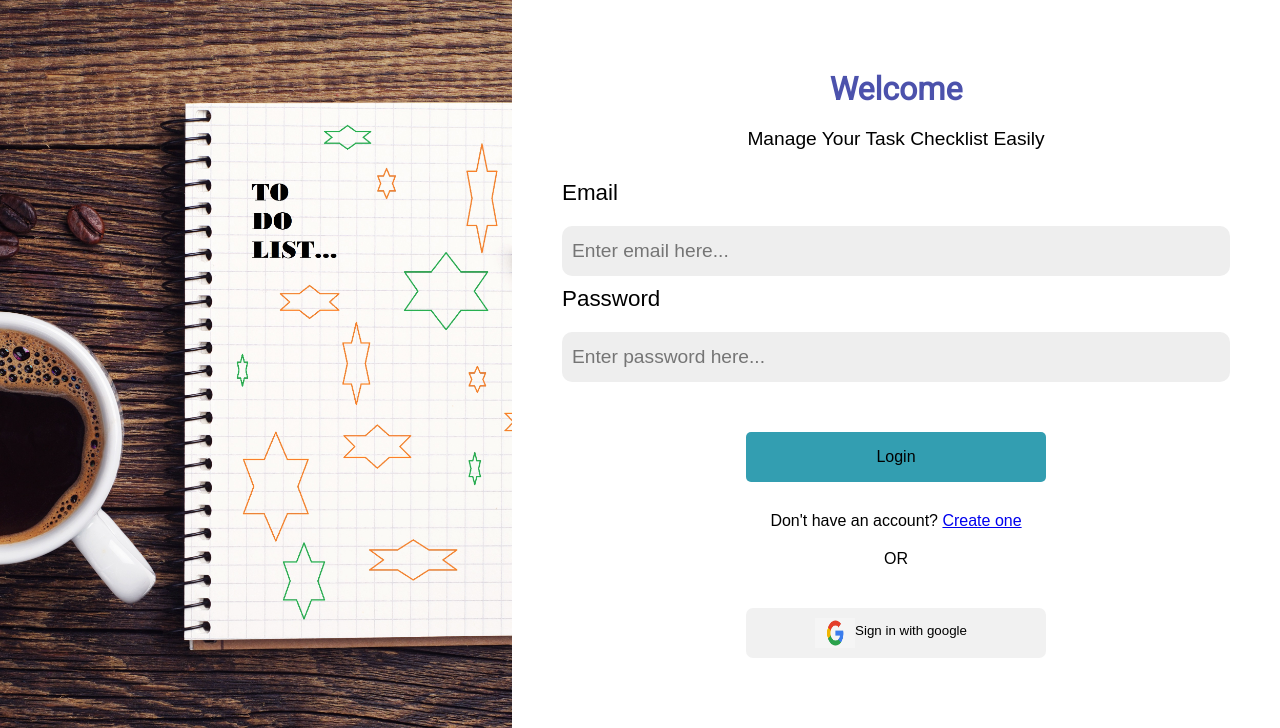
Repository: tebo27cMd/todo_App
Page: /
The author's editor kept a copy of each file at every save. The page is drawn from the files as they stood at one save, then again after the next save.
The browser window is 1280 px wide. The pictures show the whole page.
The project was rebuilt for these pictures with package versions that can differ from the ones it lists, and the page was loaded fresh each time. Also part of the build but not shown: src/Pages/SignInPage.jsx, src/Pages/HomePage.jsx.

Above is the page before, as saved 2022-08-23 09:33:38.

After the next save:
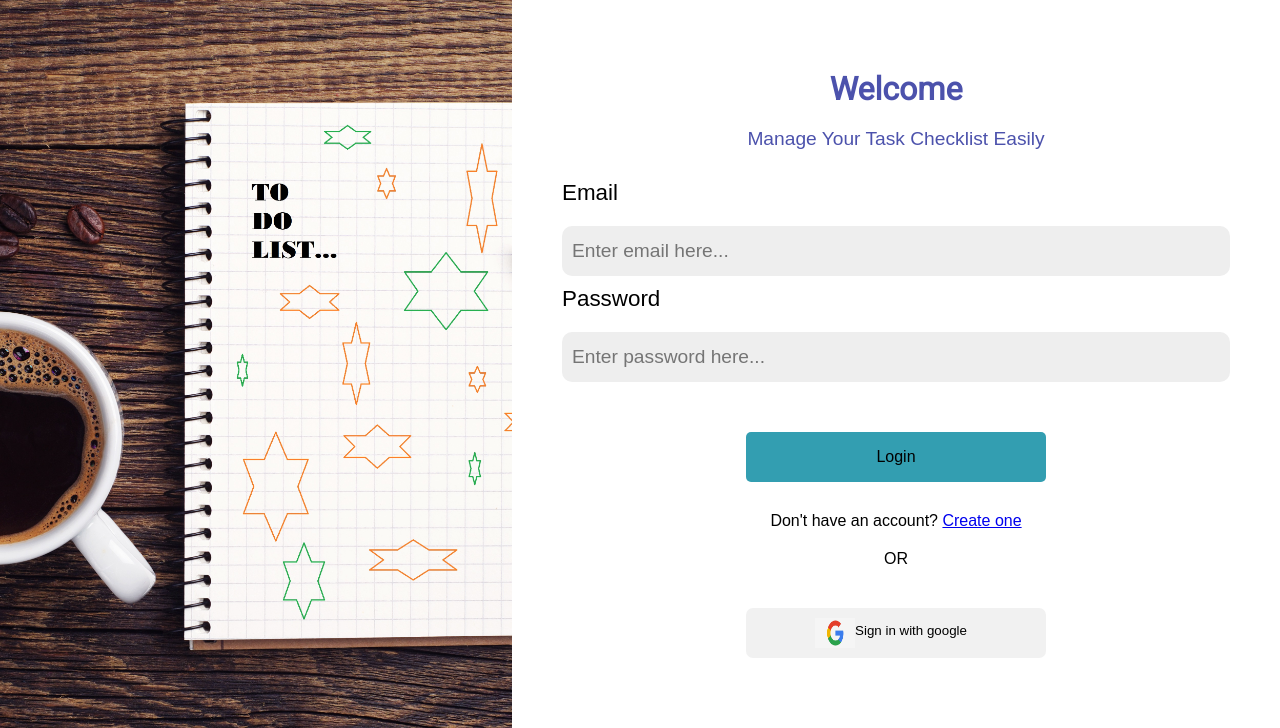
Saved 3 min 11 s later.
--- a/src/Pages/LoginPage.css
+++ b/src/Pages/LoginPage.css
@@ -40,6 +40,7 @@
 .LoginPage .paragraph1{
     margin-bottom: 20px;
     font-size: 1.2em;
+    color: #4c52ac;
 }
 
 .LoginPage .input-control{
